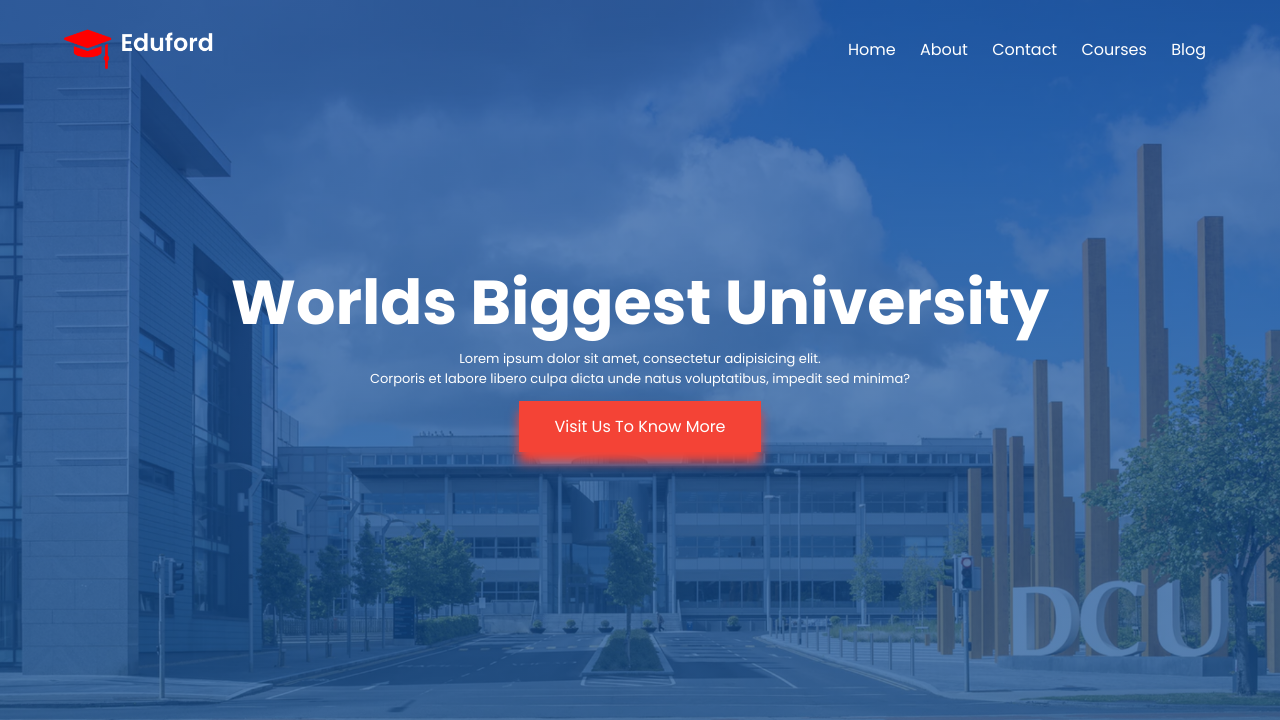
Repository: yashrajverma/Practise
Page: index.html
These files come from the project's save history. The page is drawn as it stood at one moment and after the next save; the edit follows.
The browser window is 1280 px wide. The pictures show the whole page.
The pointer rests on the first visible `.text-box a`.

Above is the page before, as saved 2021-04-27 11:28:30.

After the next save:
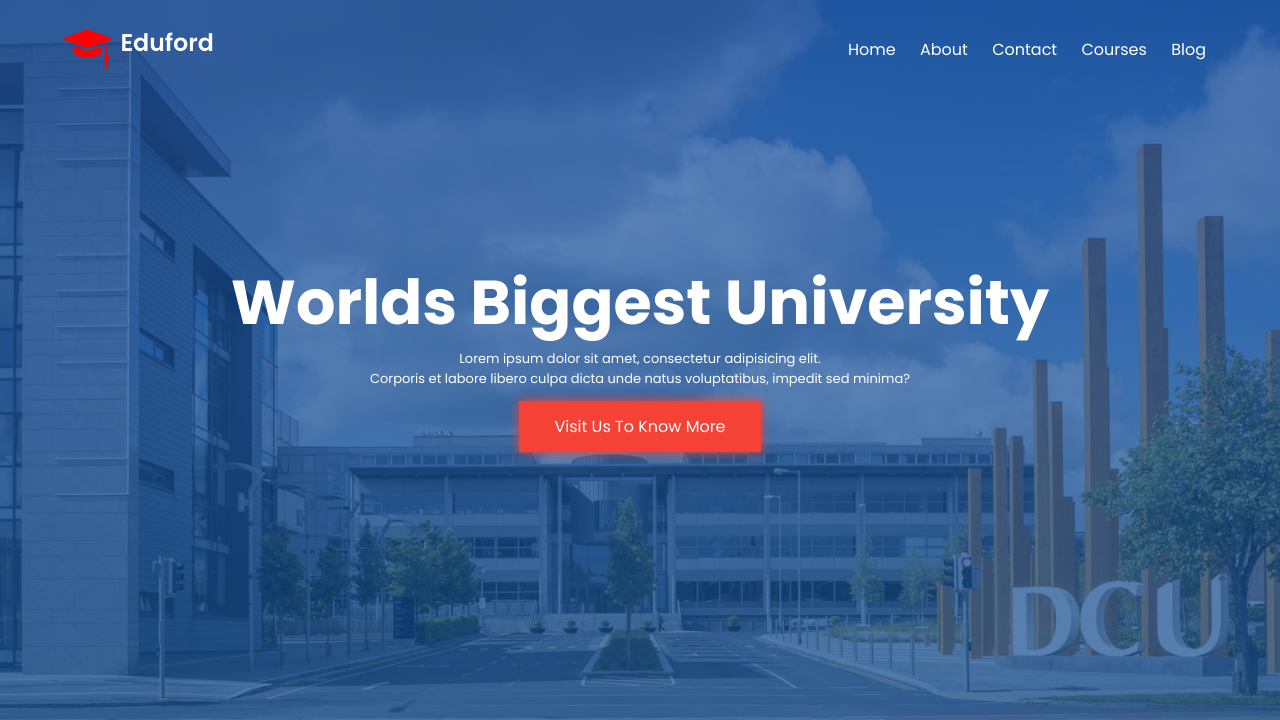
Saved 6 s later.
--- a/style.css
+++ b/style.css
@@ -78,5 +78,5 @@
 .text-box a:hover{
     background: #f44336;
     border:1px solid #f44336;
-    box-shadow: 0px 10px 10px #f44336;
+    box-shadow: 0px 0px 10px #f44336;
 }
